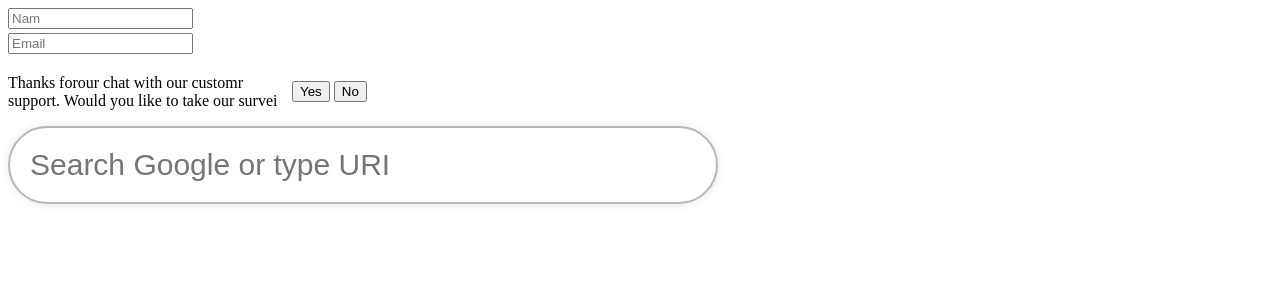
Repository: RagulRanjeeth/Frontend
Page: Exercises/ExerciseDisplai.html
An editor plug-in stored every save of this project. The page is shown before and after the next save, followed by the edit.
The browser window is 1280 px wide. The pictures show the whole page.

Above is the page before, as saved 2026-01-22 15:15:49.

After the next save:
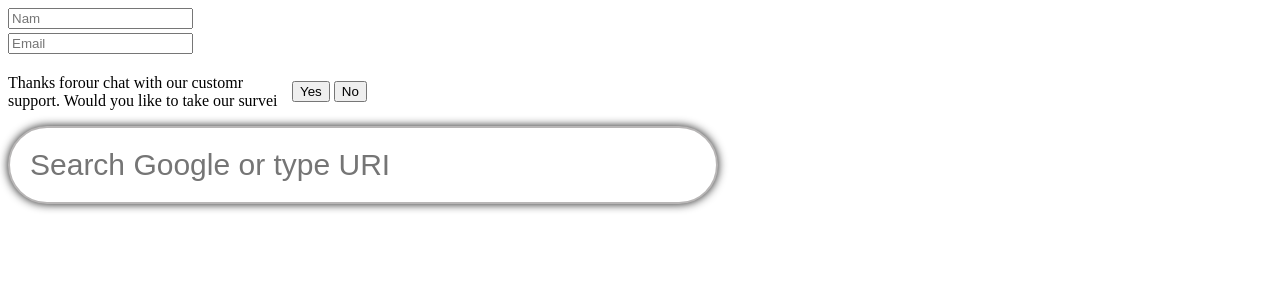
Saved 20 s later.
--- a/Exercises/ExerciseDisplai.html
+++ b/Exercises/ExerciseDisplai.html
@@ -34,7 +34,7 @@
                 border-width: 2px;
                border-color:rgb(184, 182, 182);
                filter: blur;
-               box-shadow: 0px 0px 10px rgba(0,0,0, 0.1);
+               box-shadow: 0px  0px 10px rgba(0,0,0, 0.9);
 
 
             }

After the save that followed:
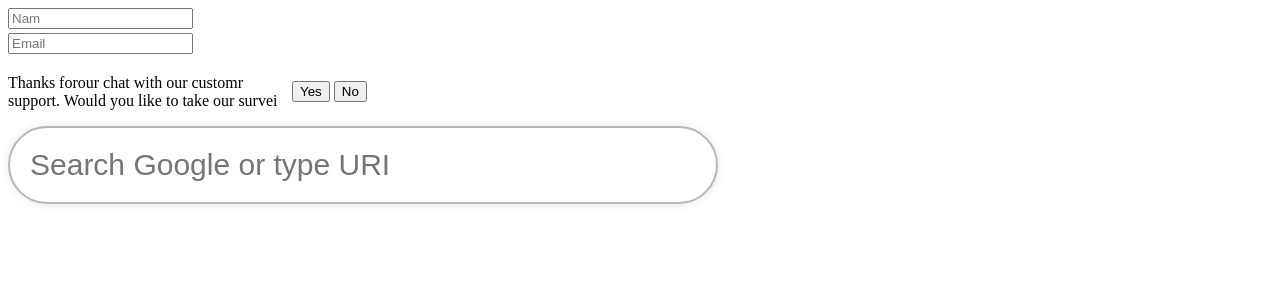
Saved 10 s later.
--- a/Exercises/ExerciseDisplai.html
+++ b/Exercises/ExerciseDisplai.html
@@ -34,7 +34,7 @@
                 border-width: 2px;
                border-color:rgb(184, 182, 182);
                filter: blur;
-               box-shadow: 0px  0px 10px rgba(0,0,0, 0.9);
+               box-shadow: 0px  0px 10px rgba(0,0,0, 0.1);
 
 
             }
